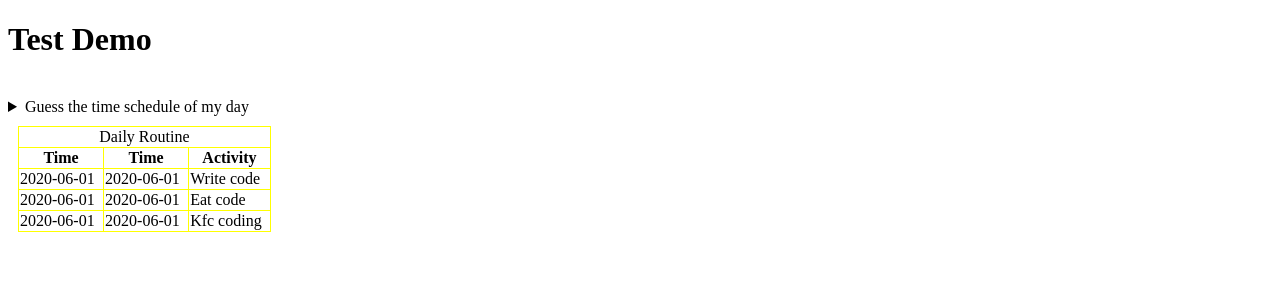
Repository: cavidk/taco_shop-web
Page: html basics/index.html
These files come from the project's save history. The page is drawn as it stood at one moment and after the next save; the edit follows.
The browser window is 1280 px wide. The pictures show the whole page.

Above is the page before, as saved 2024-06-07 16:20:03.

After the next save:
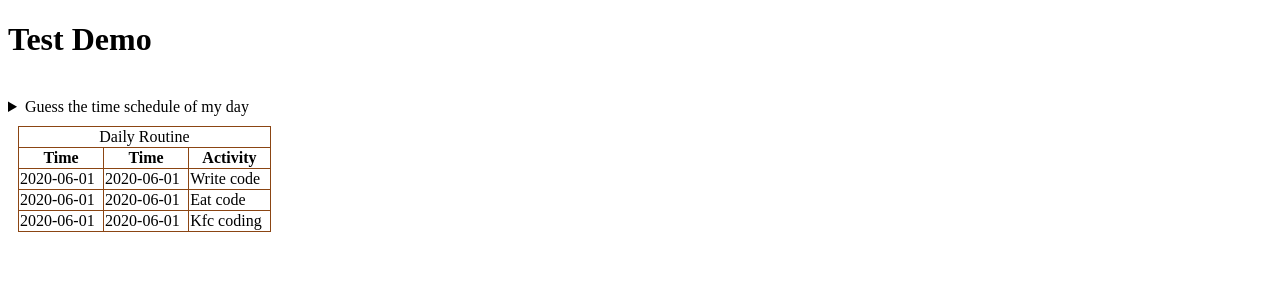
Saved 9 s later.
--- a/html basics/style.css
+++ b/html basics/style.css
@@ -5,7 +5,7 @@ table{
       padding: 10px;;
       border-radius: 50px;
       border: none;
-      border-color:yellow
+      border-color:saddlebrown
 }
 
 #head1{
